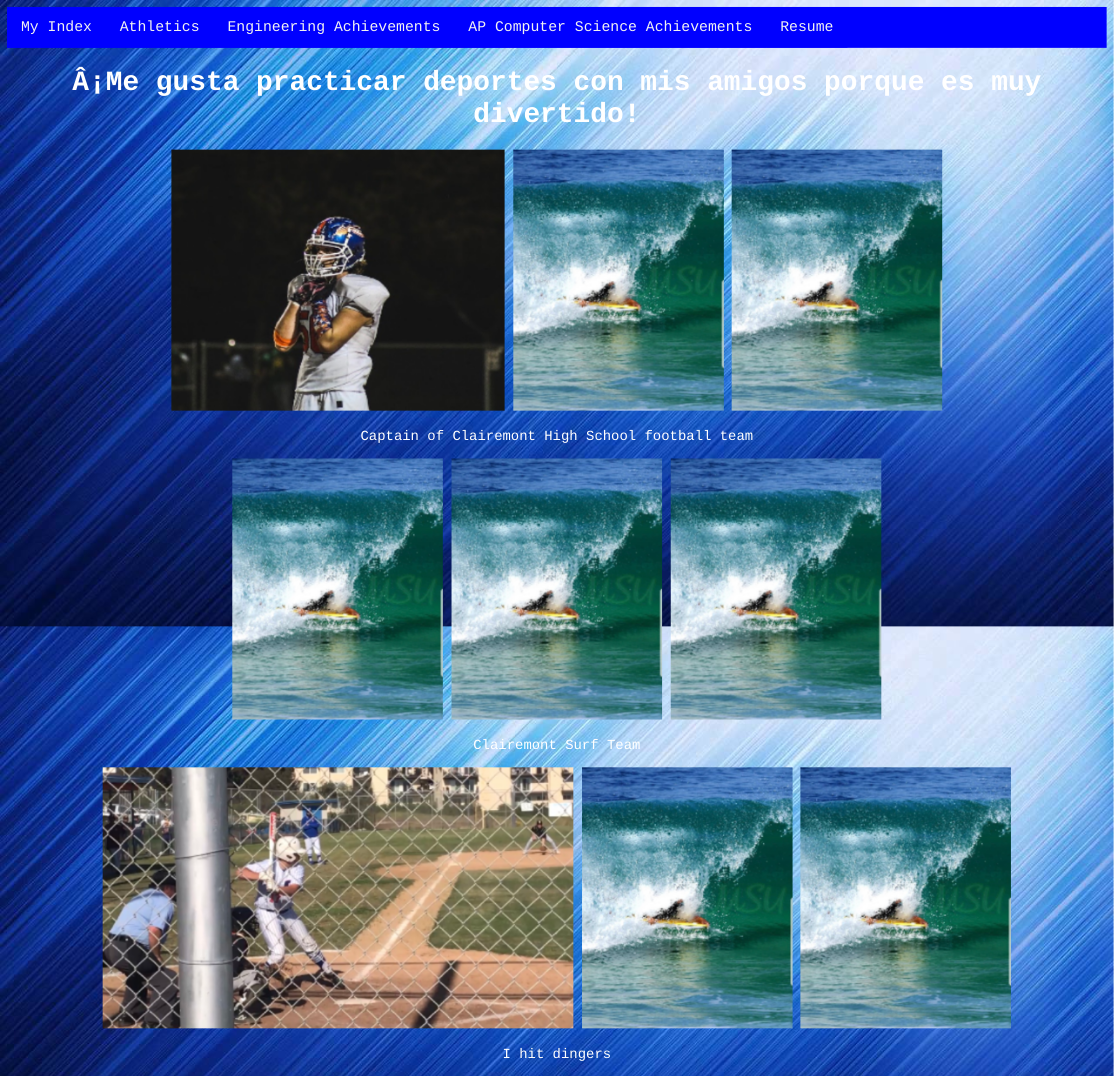
Repository: jacobsirois/jacobsirois.github.io
Page: athletics.html
The author's editor kept a record of every edit. The page is drawn from the files as they stood at one moment, then again after the next edit.
The browser window is 1280 px wide. The pictures show the whole page, at 87% of full size.
Backgrounds fixed to the window are drawn as part of the page.

Above is the page before.
Not found: index.css

After the next edit:
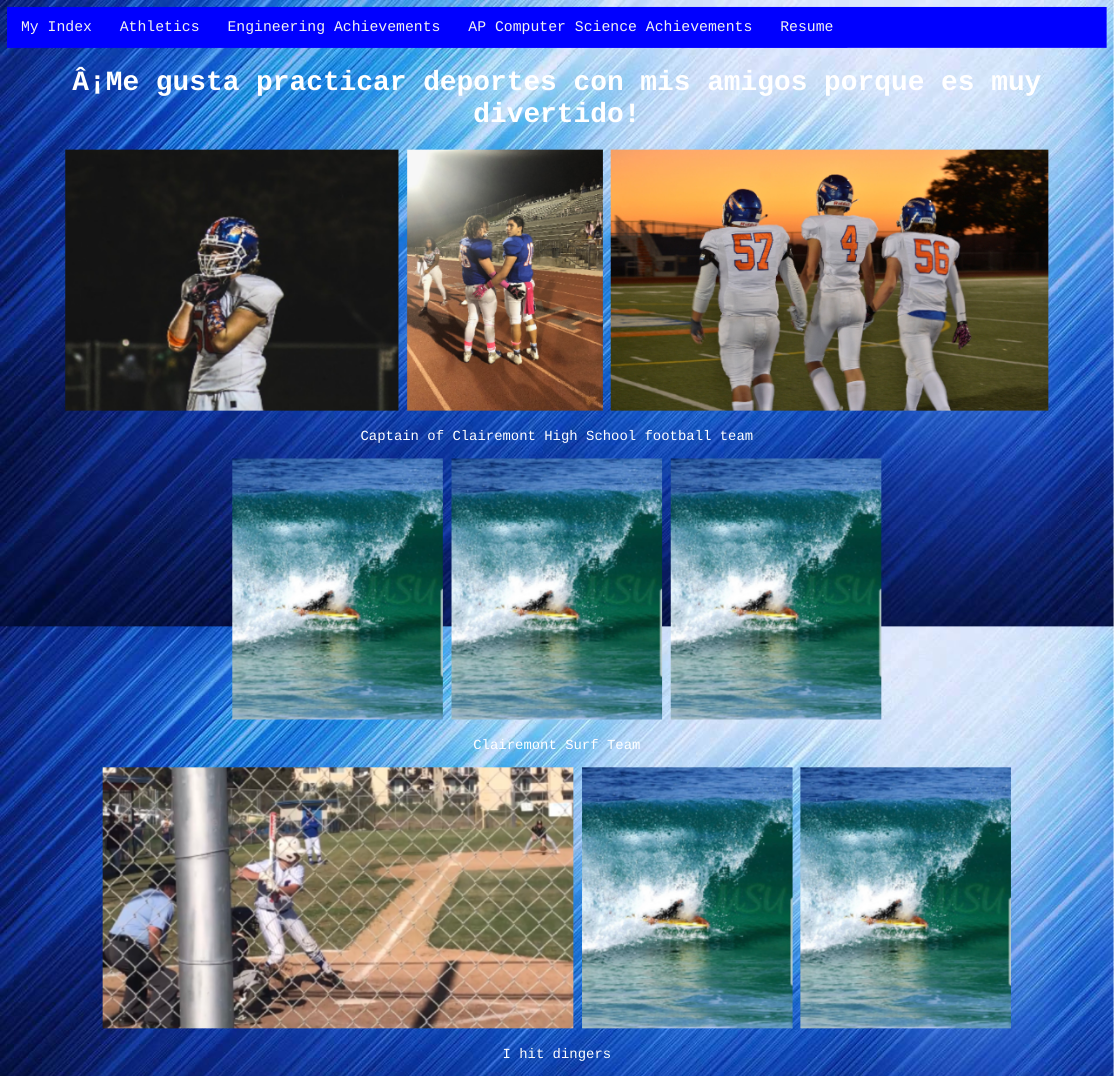
The edit:
--- a/athletics.html
+++ b/athletics.html
@@ -103,8 +103,8 @@
 <h1 style="color:White;">¡Me gusta practicar deportes con mis amigos porque es muy divertido!</h1>
 
 <img src="images/football.jpg" alt="my avatar">
-<img src="images/gnar.jpg" alt="my avatar">
-<img src="images/gnar.jpg" alt="my avatar">
+<img src="images/aaaa.jpg" alt="my avatar">
+<img src="images/aaaaa.jpg" alt="my avatar">
 <p style="color:White;">Captain of Clairemont High School football team</p>
 <img src="images/gnar.jpg" alt="my avatar">
 <img src="images/gnar.jpg" alt="my avatar">
